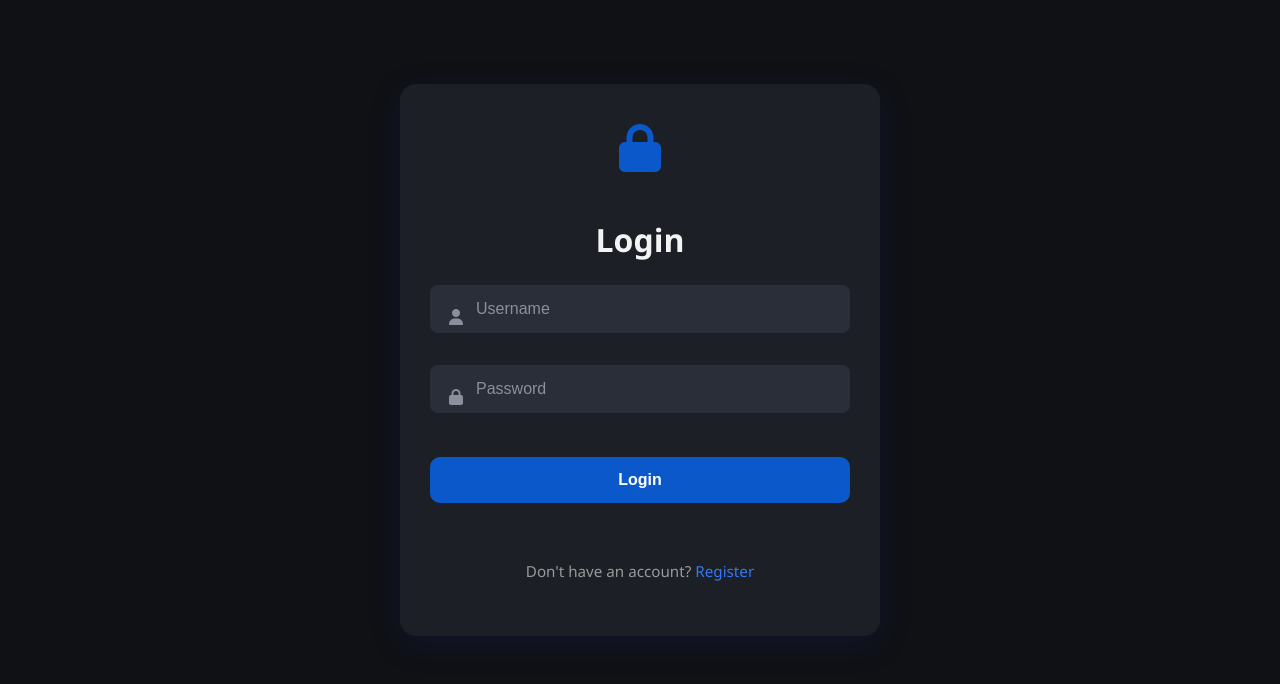
Repository: lowluds/auth-flask
Page: http://localhost/login
These files come from the project's save history. The page is drawn as it stood at one moment and after the next save; the edit follows.
The browser window is 1280 px wide. The pictures show the whole page.
The page is served by the project's application, run on Flask 3 (login.py).

Above is the page before, as saved 2025-07-10 22:25:21.

After the next save:
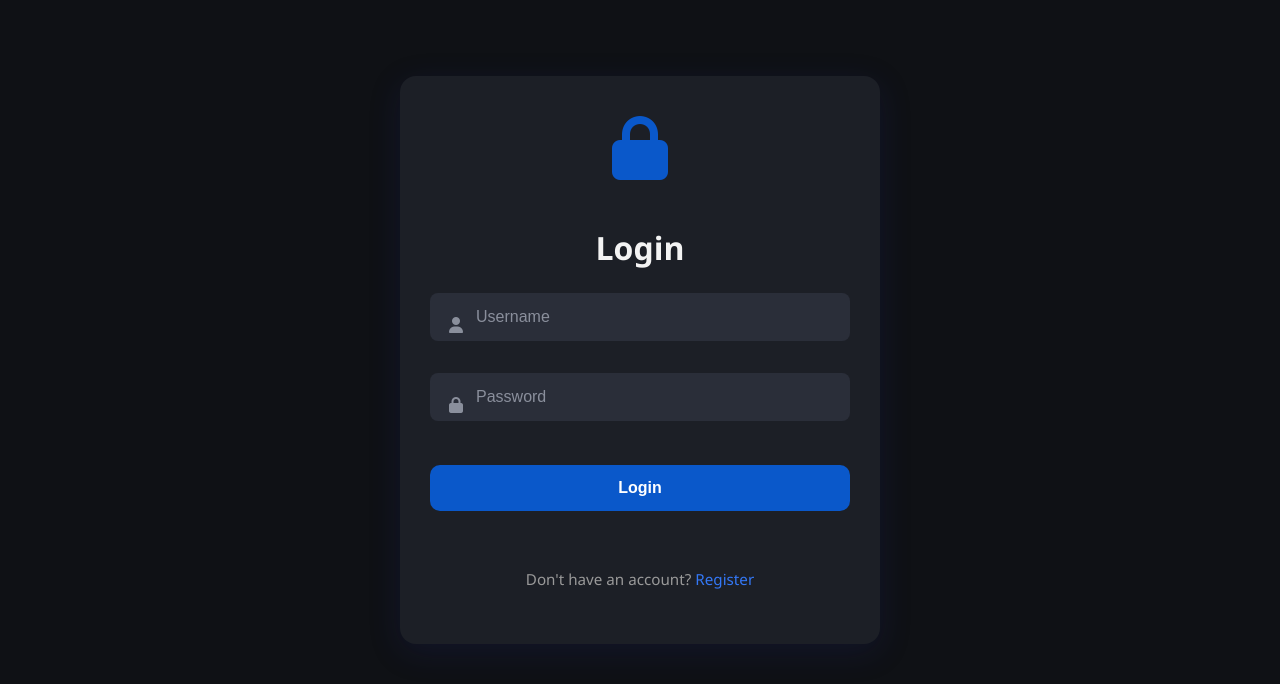
Saved 14 s later.
--- a/static/register.css
+++ b/static/register.css
@@ -148,7 +148,7 @@ a:hover {
 }
 
 .login-container .login-icon {
-    font-size: 48px !important;
+    font-size: 64px !important;
     color: #0a58ca !important;
     margin-bottom: 20px;
 }
